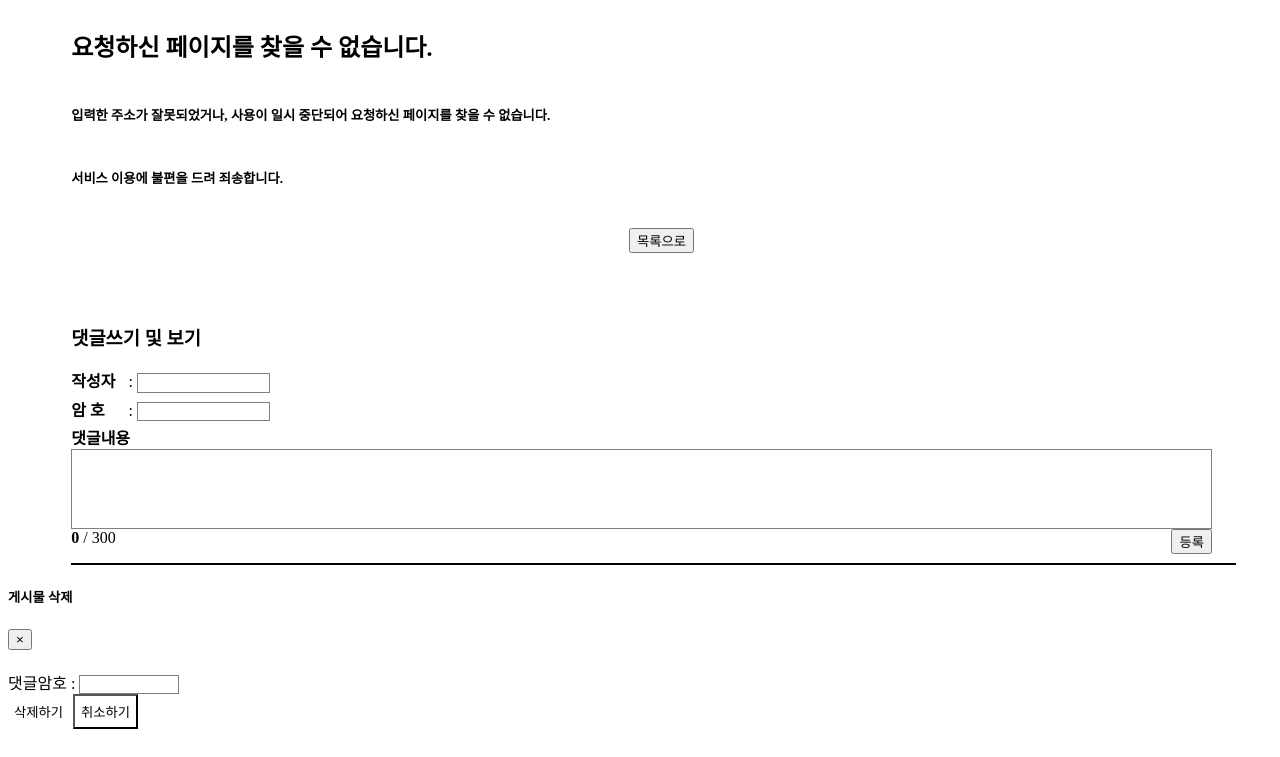
Repository: sser98/bowtech
Page: http://localhost/Board/WEB-INF/views/tiles1/board/view.jsp
The author's editor kept a copy of each file at every save. The page is drawn from the files as they stood at one save, then again after the next save.
The browser window is 1280 px wide. The pictures show the whole page.
The page is served by Tomcat 9. Nobody is signed in. The template is opened directly, without the code that normally fills it, so the values that code supplies are empty.

Above is the page before, as saved 2021-03-09 10:13:15.
Console error (its wording comes from the project's code and is left out).

After the next save:
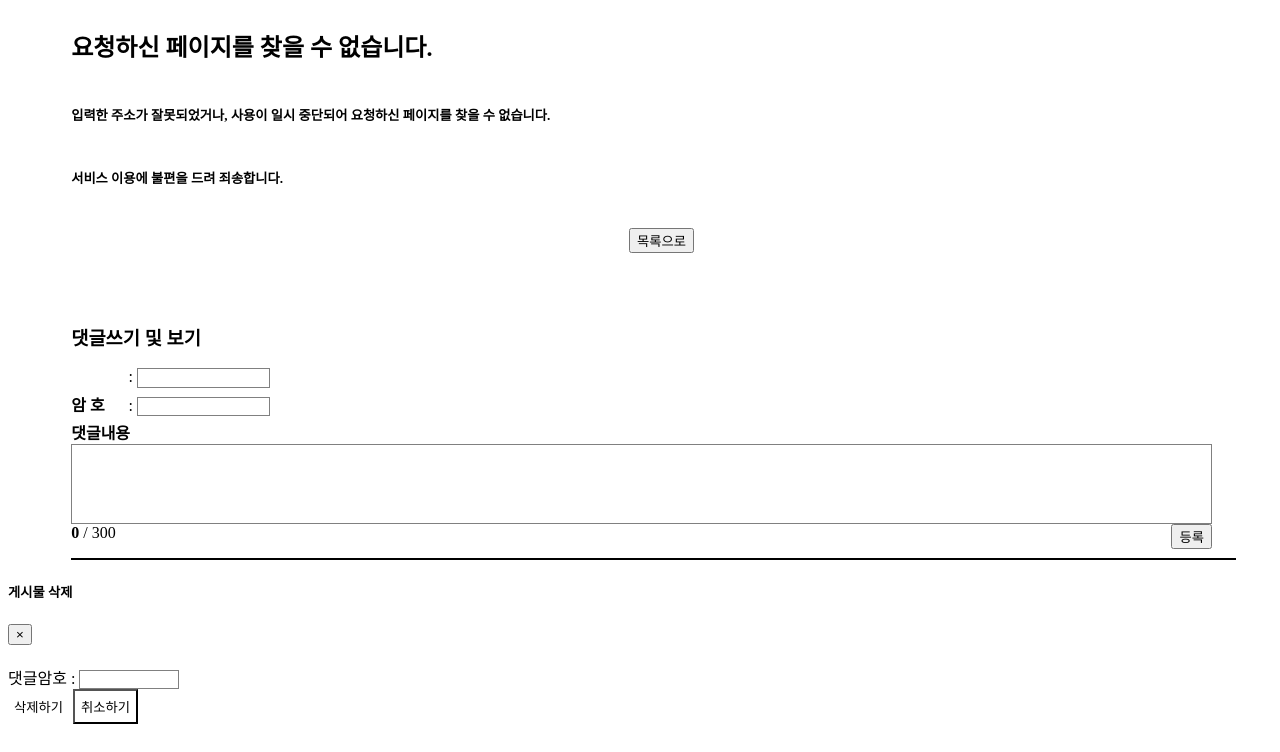
Saved 30 s later.
--- a/Board/src/main/webapp/WEB-INF/views/tiles1/board/view.jsp
+++ b/Board/src/main/webapp/WEB-INF/views/tiles1/board/view.jsp
@@ -868,7 +868,7 @@
 		   <h3 style="margin-top: 50px;">댓글쓰기 및 보기</h3>
           <div style="margin-right: 5%;">
           	<div class="sub_div">
-          	  <span  class="sub_name">작성자</span>
+          	  <span  class="sub_name"> <label for="">  </label> </span>
                :&nbsp;<input title="작성자 입력" type="text" id="name" name="name">
               <input type="hidden" name="fk_userid" value="leess" />
               <input type="hidden" name="parentSeq" value="${boardvo.seq}" />
